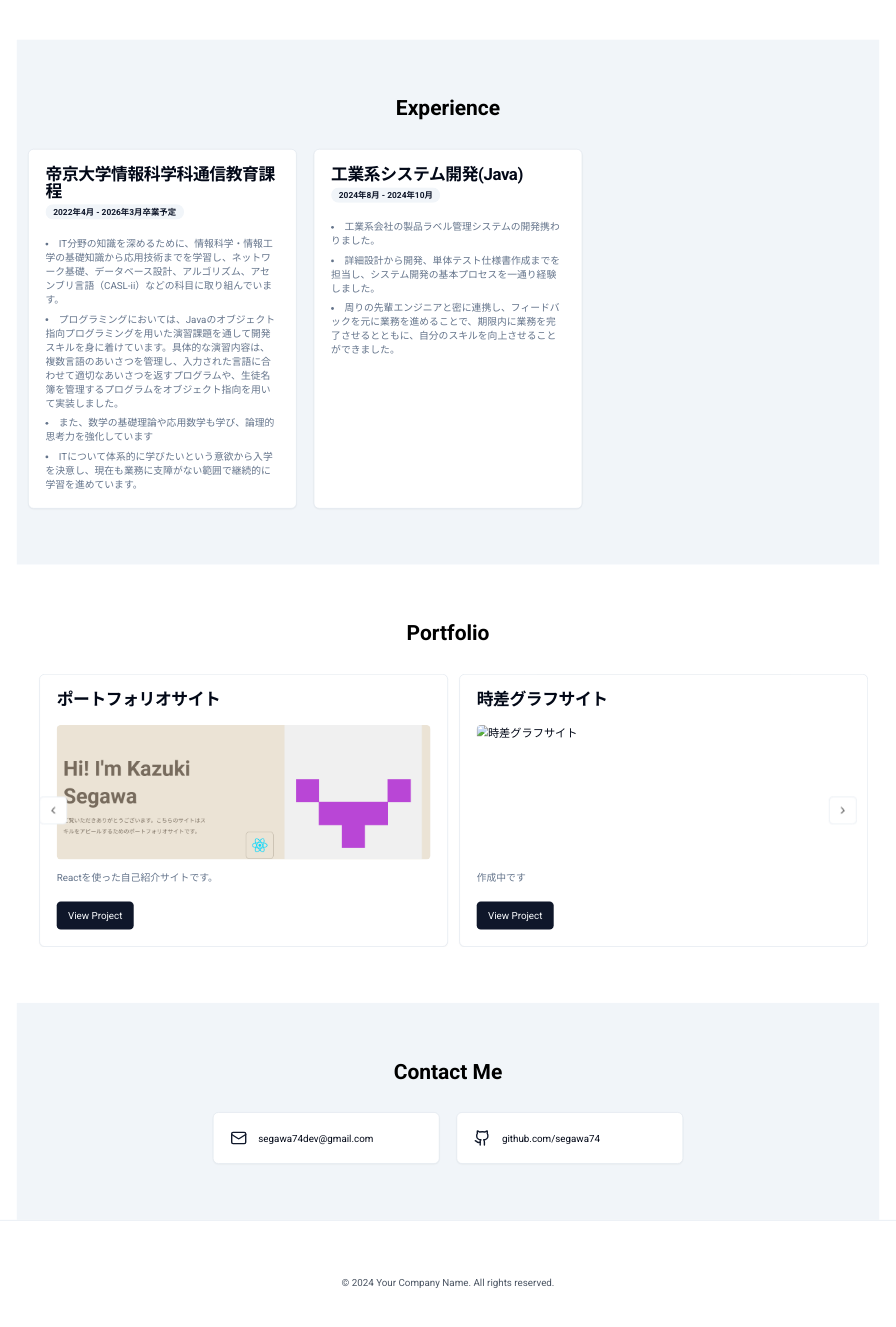
Repository: segawa74/SegawaSite
Page: /
These files come from the project's save history. The page is drawn as it stood at one moment and after the next save; the edit follows.
The browser window is 1280 px wide. The pictures show the part of the page from y = 1084 to 3004 px (the page is 2980 px tall before and 3004 px after), at 70% of full size.
The project was rebuilt for these pictures with package versions that can differ from the ones it lists, and the page was loaded fresh each time. Also part of the build but not shown: vite.config.ts.

Above is the page before, as saved 2024-10-24 10:36:22.

After the next save:
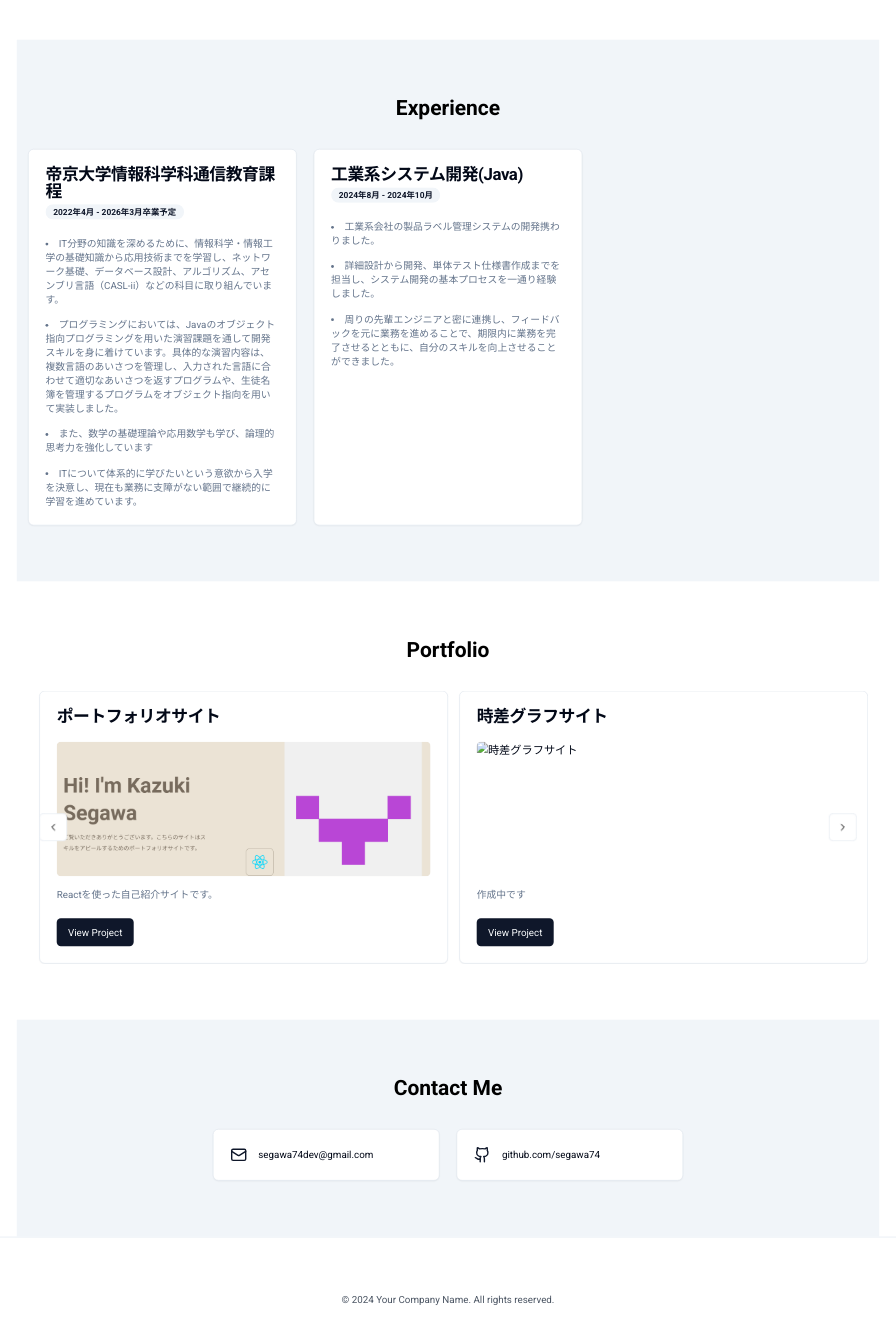
Saved 10 min 14 s later.
--- a/src/components/Experience/ExperienceCard/ExperienceCard.tsx
+++ b/src/components/Experience/ExperienceCard/ExperienceCard.tsx
@@ -19,7 +19,7 @@
         </Badge>
       </CardHeader>
       <CardContent>
-        <ul className="list-disc list-inside space-y-2">
+        <ul className="list-disc list-inside space-y-4">
           {details.responsibilities.map((item, index) => (
             <li key={index} className="text-sm text-muted-foreground">
               {item}

After the 3 saves that followed:
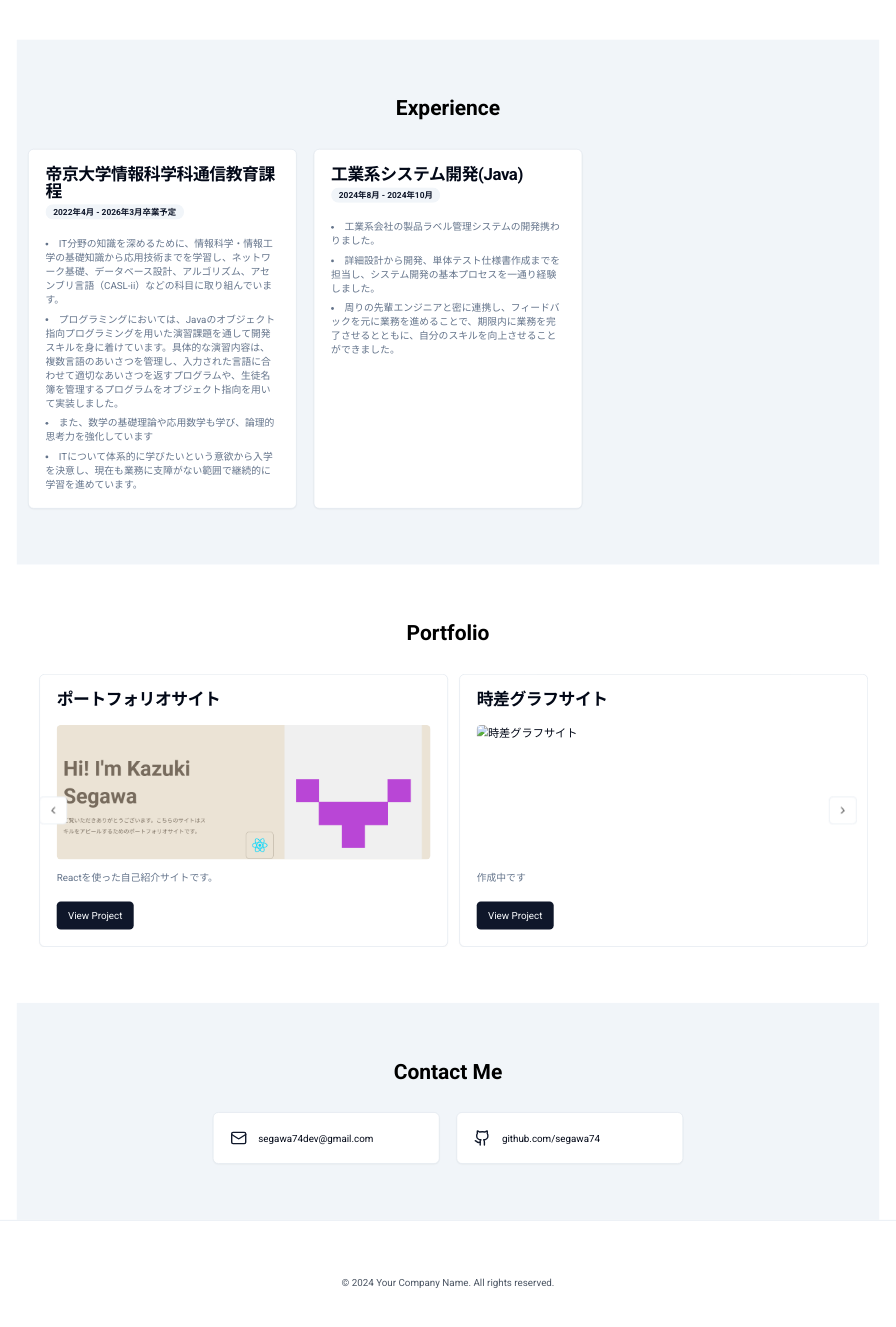
The 3 saves are shown as one change because they came seconds apart.
The last was saved 21 s later.
--- a/src/components/Experience/ExperienceCard/ExperienceCard.tsx
+++ b/src/components/Experience/ExperienceCard/ExperienceCard.tsx
@@ -19,7 +19,7 @@
         </Badge>
       </CardHeader>
       <CardContent>
-        <ul className="list-disc list-inside space-y-4">
+        <ul className="list-disc list-inside space-y-2">
           {details.responsibilities.map((item, index) => (
             <li key={index} className="text-sm text-muted-foreground">
               {item}
